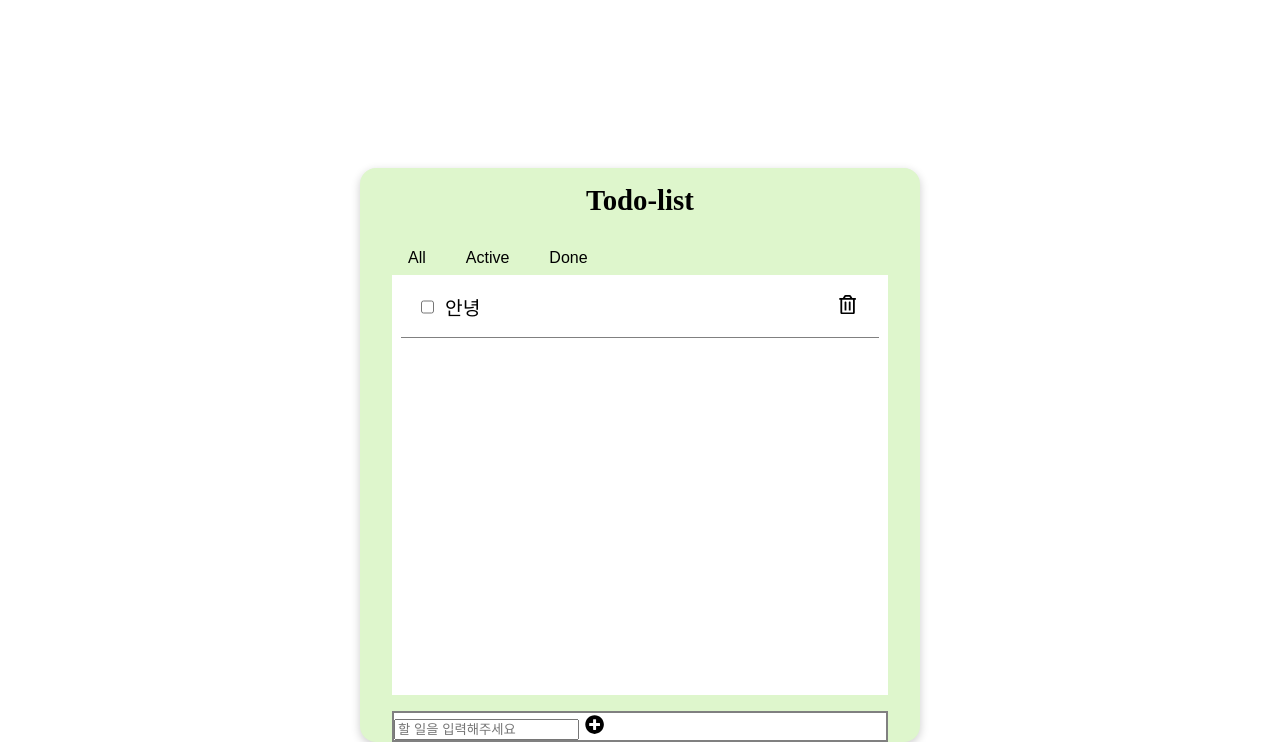
Repository: Yugayoung/todoList
Page: /
An editor plug-in stored every save of this project. The page is shown before and after the next save, followed by the edit.
The browser window is 1280 px wide. The pictures show the whole page.
Some web fonts or font styles are not loaded; a fallback is used. The project was rebuilt for these pictures with package versions that can differ from the ones it lists, and the page was loaded fresh each time. Also part of the build but not shown: src/App.css.

Above is the page before, as saved 2024-03-21 17:40:18.

### src/index.css
@font-face {
  font-family: 'IM_Hyemin-Bold';
  src: url('./fonts/IM_Hyemin-Regular.otf') format('opentype');
  font-weight: normal;
  font-style: normal;
}

body {
  margin: 0;
  font-family: 'IM_Hyemin-Bold';
  -webkit-font-smoothing: antialiased;
  -moz-osx-font-smoothing: grayscale;
  width: 100vw;
  height: 100vh;
  display: flex;
  justify-content: center;
  align-items: center;
  font-size: 1.2rem;
}

code {
  font-family: source-code-pro, Menlo, Monaco, Consolas, 'Courier New',
    monospace;
}
#root {
  width: 100%;
  height: 60%;
  max-width: 35rem;
}

### src/App.js
import './App.css';
import Todo from './pages/Todo';

function App() {
  return (
    <>
      <Todo />
    </>
  );
}

export default App;

### src/pages/todo.jsx
import React from 'react';
import styled from 'styled-components';
import { FaPlusCircle } from 'react-icons/fa';
import { FaRegTrashAlt } from 'react-icons/fa';

const Title = styled.h2`
  text-align: center;
  font-weight: bold;
  padding: 1rem 0rem 0rem 0rem;
`;

const TodoList = styled.section`
  background-color: #def6cc;
  border-radius: 1rem;
  box-shadow: 0 3px 10px rgb(0, 0, 0, 0.2);
  padding: 0rem 2rem;
`;

const TapBtn = styled.button`
  background-color: transparent;
  border: none;
  margin-right: 0.5rem;
  padding: 0.5rem 1rem;
  font-size: 1rem;
  &:hover {
    color: #fd6cfd;
  }
  &:active {
    background-color: white;
    border-radius: 1rem 1rem 0rem 0rem;
    font-weight: bold;
  }
`;

const TodoLi = styled.li`
  list-style: none;
  padding: 0rem 1rem 1rem 1rem;
  display: flex;
  justify-content: space-between;
  margin: 0.5rem;
  border-bottom: 1px solid gray;
`;
const Btn = styled.button`
  background-color: transparent;
  border: none;
  font-size: 1.2rem;
  padding-top: 2px;
  &:hover {
    color: red;
  }
`;
const Label = styled.label`
  flex: 1 1;
  margin: 0rem 0.5rem;
`;
const TodoUl = styled.ul`
  background-color: white;
  margin: 0rem;
  height: 400px;
  padding: 10px 1px;
  flex: 1 1 auto;
  overflow-y: auto;
`;
const InputDiv = styled.div`
  background-color: white;
  border: 2px solid gray;
  margin: 1rem 0rem;
`;

export default function Todo() {
  return (
    <>
      <TodoList>
        {/* 할일 state */}
        <Title>Todo-list</Title>
        <div>
          <TapBtn>All</TapBtn>
          <TapBtn>Active</TapBtn>
          <TapBtn>Done</TapBtn>
        </div>

        {/* addTodoList */}
        <TodoUl>
          <TodoLi>
            <input type='checkbox' />
            <Label htmlFor=''>안녕</Label>
            <Btn>
              <FaRegTrashAlt />
            </Btn>
          </TodoLi>
        </TodoUl>

        {/* 할일 입력 */}
        <InputDiv>
          <input type='text' placeholder='할 일을 입력해주세요' />
          <Btn>
            <FaPlusCircle />
          </Btn>
        </InputDiv>
      </TodoList>
    </>
  );
}

Loaded but not shown: public/index.html (common file); src/index.js (common file); src/reportWebVitals.js (common file)

After the next save:
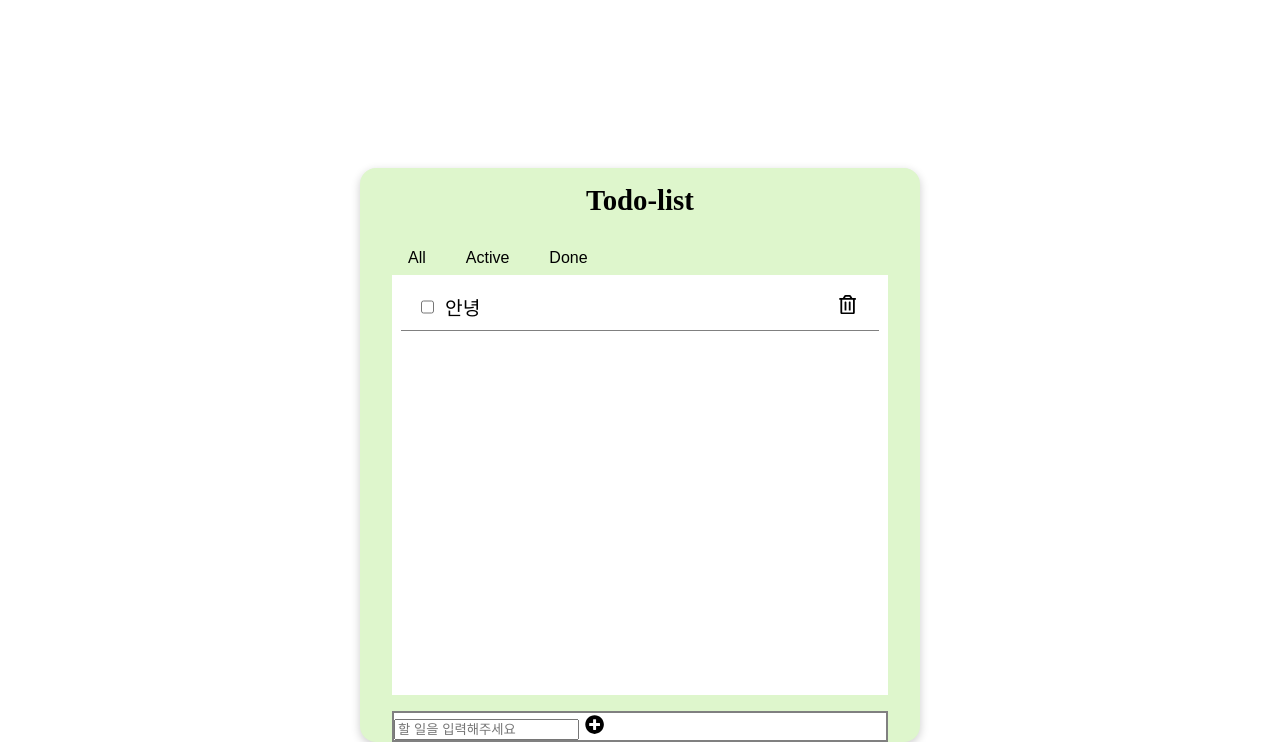
Saved 23 s later.
--- a/src/pages/todo.jsx
+++ b/src/pages/todo.jsx
@@ -34,7 +34,7 @@ const TapBtn = styled.button`
 
 const TodoLi = styled.li`
   list-style: none;
-  padding: 0rem 1rem 1rem 1rem;
+  padding: 0rem 1rem 0.6rem 1rem;
   display: flex;
   justify-content: space-between;
   margin: 0.5rem;
